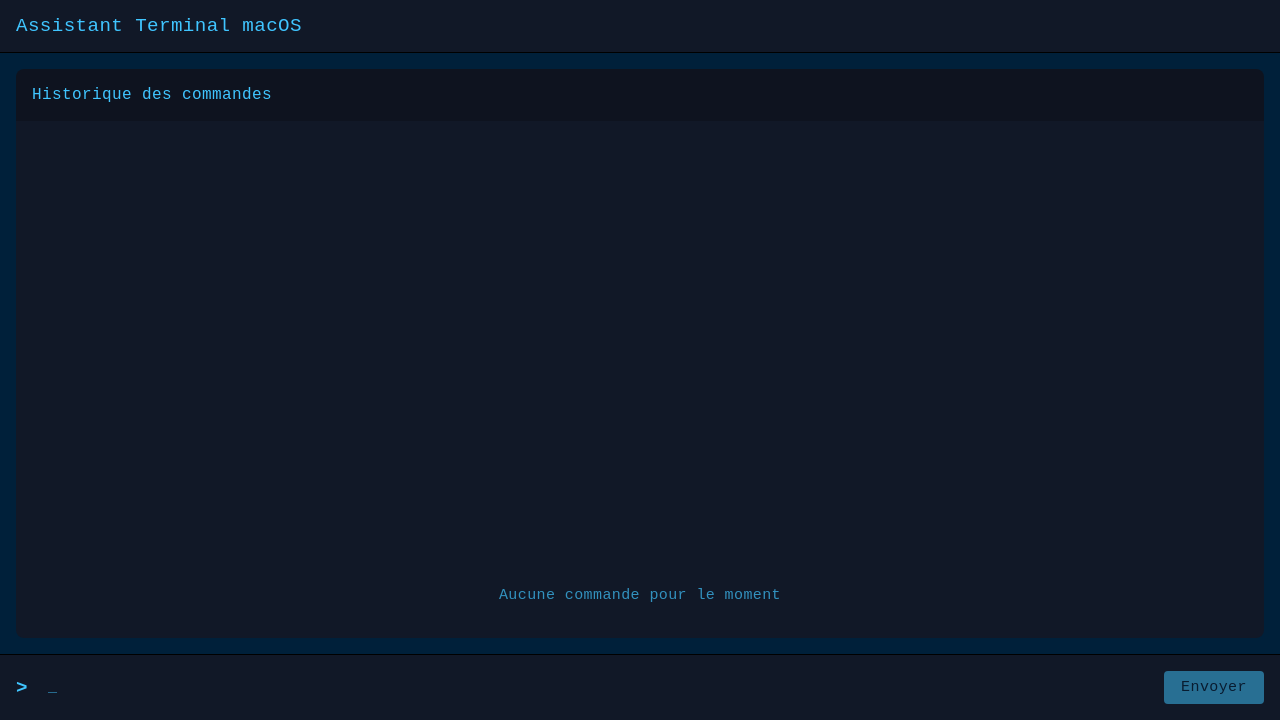
Repository: flobutbut/NaturalMac
Page: /
The author's editor kept a copy of each file at every save. The page is drawn from the files as they stood at one save, then again after the next save.
The browser window is 1280 px wide. The pictures show the whole page.
The page's requests for data from a server got no answer. The project was rebuilt for these pictures with package versions that can differ from the ones it lists, and the page was loaded fresh each time. No one was signed in, and anything a server would have sent is missing. Also part of the build but not shown: vite.config.ts, src/components/command/CommandItem.vue.

Above is the page before, as saved 2025-03-10 22:14:35.

After the next save:
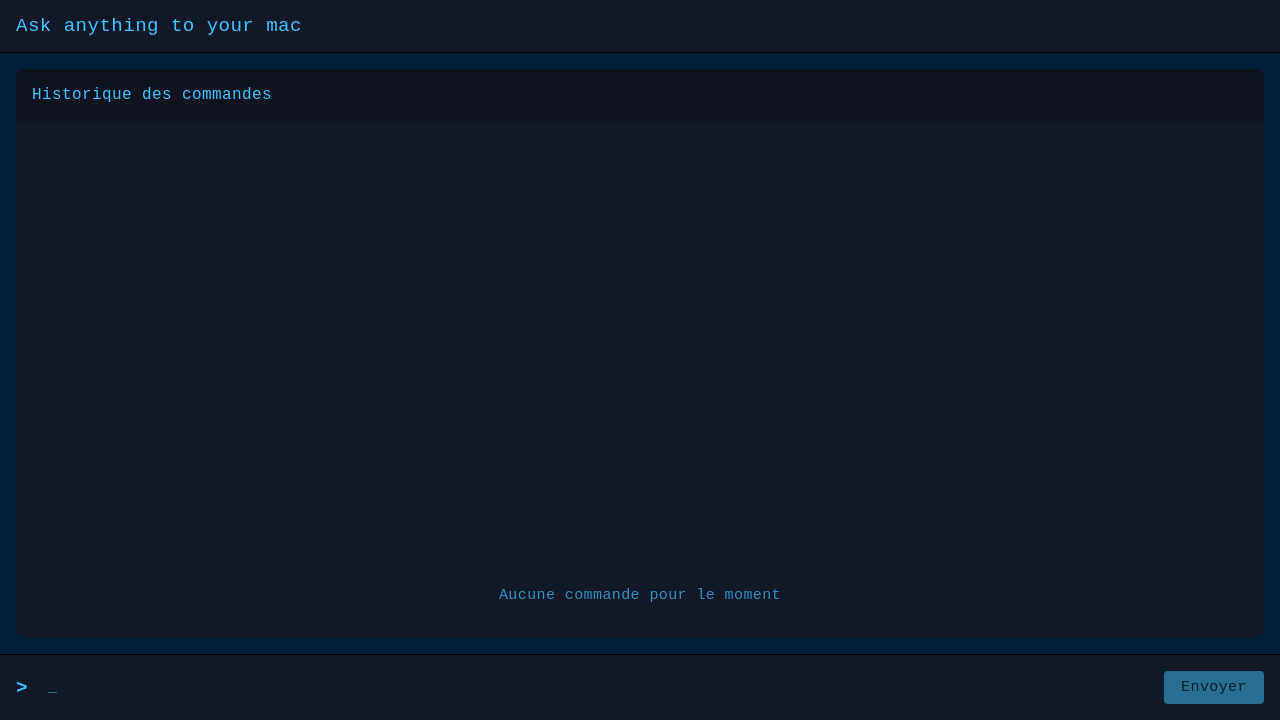
Saved 81 s later.
--- a/src/locales/fr.ts
+++ b/src/locales/fr.ts
@@ -1,6 +1,6 @@
 export default {
   app: {
-    title: 'Assistant Terminal macOS'
+    title: 'Ask anything to your mac'
   },
   command: {
     input: {
